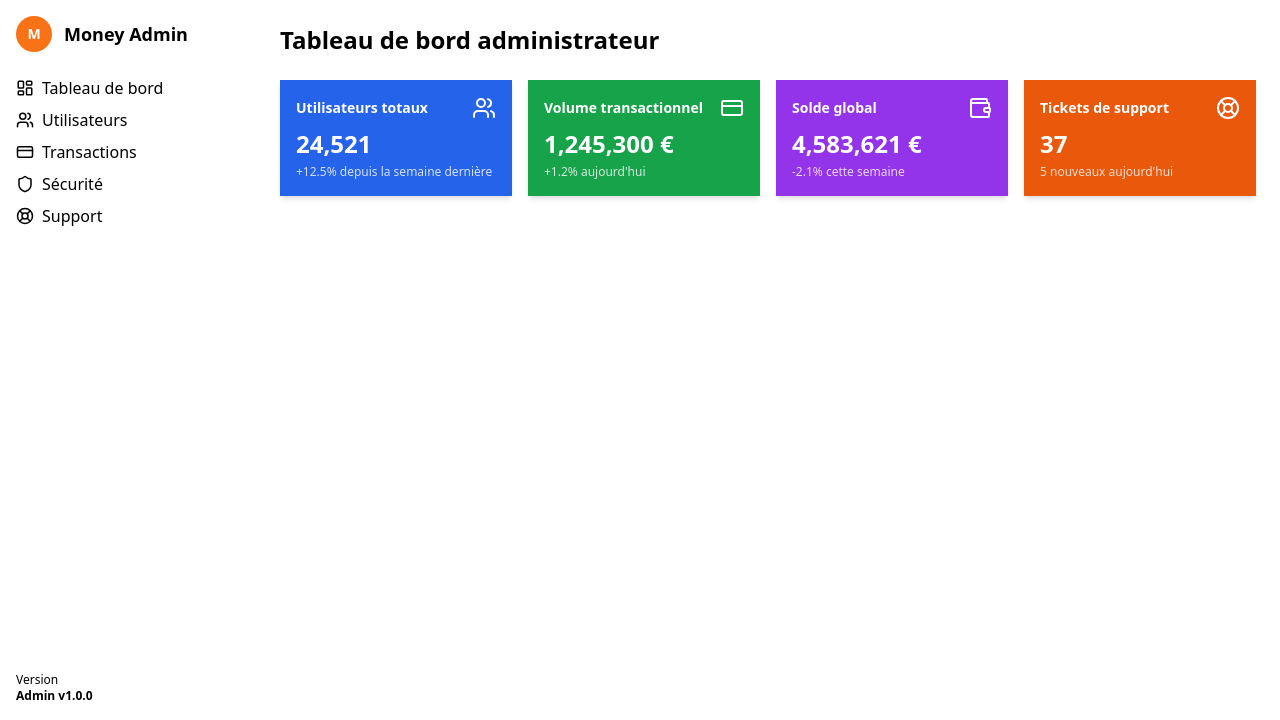
Repository: Edongo999/Dashboard
Page: /
The author's editor kept a copy of each file at every save. The page is drawn from the files as they stood at one save, then again after the next save.
The browser window is 1280 px wide. The pictures show the whole page.
The project was rebuilt for these pictures with package versions that can differ from the ones it lists, and the page was loaded fresh each time. Also part of the build but not shown: vite.config.ts.

Above is the page before, as saved 2025-10-13 13:16:52.

### index.html
<!doctype html>
<html lang="en">
  <head>
    <meta charset="UTF-8" />
    <link rel="icon" type="image/svg+xml" href="/vite.svg" />
    <meta name="viewport" content="width=device-width, initial-scale=1.0" />
    <title>mon_dashboard</title>
  </head>
  <body>
    <div id="root"></div>
    <script type="module" src="/src/main.tsx"></script>
  </body>
</html>

### src/App.tsx
import Sidebar from "./components/Sidebar"
import StatBlock from "./components/StatBlock"
import { Users, CreditCard, Wallet, LifeBuoy } from "lucide-react"

const App = () => {
  const kpis = [
    {
      title: "Utilisateurs totaux",
      value: "24,521",
      subtext: "+12.5% depuis la semaine dernière",
      icon: <Users />,
      color: "bg-blue-600"
    },
    {
      title: "Volume transactionnel",
      value: "1,245,300 €",
      subtext: "+1.2% aujourd'hui",
      icon: <CreditCard />,
      color: "bg-green-600"
    },
    {
      title: "Solde global",
      value: "4,583,621 €",
      subtext: "-2.1% cette semaine",
      icon: <Wallet />,
      color: "bg-purple-600"
    },
    {
      title: "Tickets de support",
      value: "37",
      subtext: "5 nouveaux aujourd'hui",
      icon: <LifeBuoy />,
      color: "bg-orange-600"
    }
  ]

  return (
    <div className="flex min-h-screen">
      <Sidebar />
      <main className="flex-1 overflow-auto p-6 bg-base-100">
        <h1 className="text-2xl font-bold mb-6">Tableau de bord administrateur</h1>

        {/* Cartes de statistiques */}
        <div className="grid grid-cols-1 md:grid-cols-2 lg:grid-cols-4 gap-4 mb-6">
          {kpis.map((kpi, i) => (
            <StatBlock key={i} {...kpi} />
          ))}
        </div>

        {/* Tu pourras ajouter ici les autres sections : graphique, liste, etc. */}
      </main>
    </div>
  )
}

export default App

### src/components/Sidebar.tsx
import {
  LayoutDashboard,
  Users,
  CreditCard,
  Shield,
  LifeBuoy
} from "lucide-react"

const Sidebar = () => {
  return (
    <aside
      className="w-64 h-screen bg-neutral text-neutral-content flex flex-col justify-between p-4"
      style={{ opacity: 1 }}
    >
      {/* Haut : logo + menu */}
      <div>
        <div className="flex items-center gap-3 mb-6">
          <div className="bg-orange-500 text-white rounded-full w-9 h-9 flex items-center justify-center font-bold text-sm shrink-0">
            M
          </div>
          <span className="text-lg font-semibold whitespace-nowrap">Money Admin</span>
        </div>

        <ul className="menu space-y-2">
          <li><a className="flex items-center gap-2"><LayoutDashboard size={18} />Tableau de bord</a></li>
          <li><a className="flex items-center gap-2"><Users size={18} />Utilisateurs</a></li>
          <li><a className="flex items-center gap-2"><CreditCard size={18} />Transactions</a></li>
          <li><a className="flex items-center gap-2"><Shield size={18} />Sécurité</a></li>
          <li><a className="flex items-center gap-2"><LifeBuoy size={18} />Support</a></li>
        </ul>
      </div>

      {/* Bas : version */}
      <div className="text-xs text-neutral-content/70 mt-6">
        Version<br />
        <span className="font-semibold">Admin v1.0.0</span>
      </div>
    </aside>
  )
}

export default Sidebar

### src/components/StatBlock.tsx
type StatBlockProps = {
  title: string
  value: string
  subtext: string
  icon?: React.ReactNode
  color?: string
}

const StatBlock = ({ title, value, subtext, icon, color = "bg-primary" }: StatBlockProps) => {
  return (
    <div className={`card ${color} text-white shadow-md p-4`}>
      <div className="flex justify-between items-center">
        <h3 className="text-sm font-semibold">{title}</h3>
        {icon && <div className="text-xl">{icon}</div>}
      </div>
      <p className="text-2xl font-bold mt-2">{value}</p>
      <p className="text-xs mt-1 text-white/80">{subtext}</p>
    </div>
  )
}

export default StatBlock

### tailwind.config.js
/** @type {import('tailwindcss').Config} */
module.exports = {
  content: ["./src/**/*.{js,jsx,ts,tsx}"],
  theme: { extend: {} },
  plugins: [require("daisyui")],
  daisyui: {
    themes: [
      {
        mytheme: {
          "primary": "#570df8",
          "secondary": "#f000b8",
          "accent": "#37cdbe",
          "neutral": "#3d4451",
          "base-100": "#F3F4F6", // <-- couleur de fond principale pour tout le dashboard
          "base-200": "#e5e7eb", // pour cartes ou sections légèrement plus foncées
          "base-300": "#d1d5db", // pour éléments encadrés
          "base-content": "#111827", // couleur du texte principal
          "info": "#3ABFF8",
          "success": "#36D399",
          "warning": "#FBBD23",
          "error": "#F87272",
        },
      },
    ],
  },
};

Loaded but not shown: src/main.tsx (common file); src/index.css (common file)

After the next save:
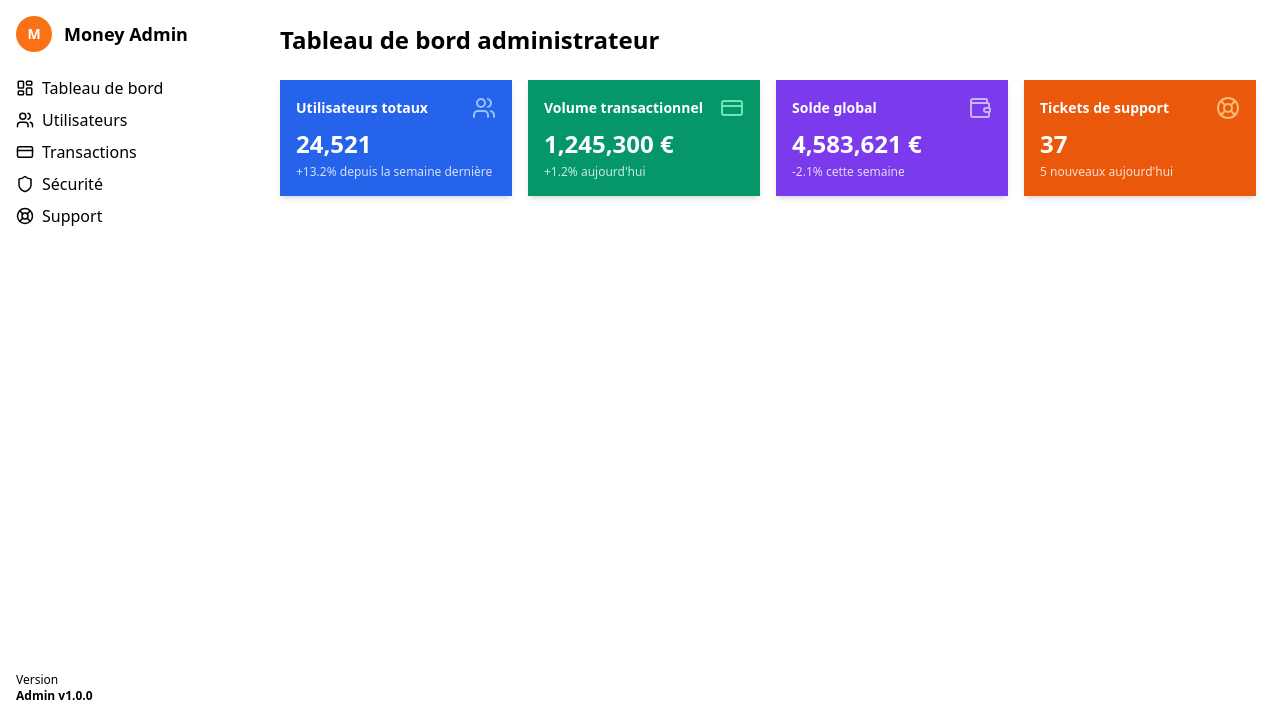
Saved 4 min 23 s later.
--- a/src/App.tsx
+++ b/src/App.tsx
@@ -7,30 +7,34 @@ const App = () => {
     {
       title: "Utilisateurs totaux",
       value: "24,521",
-      subtext: "+12.5% depuis la semaine dernière",
+      subtext: "+13.2% depuis la semaine dernière",
       icon: <Users />,
-      color: "bg-blue-600"
+      bgColor: "bg-[#2563EB]",       // Bleu foncé
+      iconColor: "text-[#93C5FD]"    // Bleu clair
     },
     {
       title: "Volume transactionnel",
       value: "1,245,300 €",
       subtext: "+1.2% aujourd'hui",
       icon: <CreditCard />,
-      color: "bg-green-600"
+      bgColor: "bg-[#059669]",       // Vert foncé
+      iconColor: "text-[#6EE7B7]"    // Vert clair
     },
     {
       title: "Solde global",
       value: "4,583,621 €",
       subtext: "-2.1% cette semaine",
       icon: <Wallet />,
-      color: "bg-purple-600"
+      bgColor: "bg-[#7C3AED]",       // Violet foncé
+      iconColor: "text-[#C4B5FD]"    // Violet clair
     },
     {
       title: "Tickets de support",
       value: "37",
       subtext: "5 nouveaux aujourd'hui",
       icon: <LifeBuoy />,
-      color: "bg-orange-600"
+      bgColor: "bg-[#EA580C]",       // Orange foncé
+      iconColor: "text-[#FDBA74]"    // Orange clair
     }
   ]
 
@@ -40,14 +44,12 @@ const App = () => {
       <main className="flex-1 overflow-auto p-6 bg-base-100">
         <h1 className="text-2xl font-bold mb-6">Tableau de bord administrateur</h1>
 
-        {/* Cartes de statistiques */}
+        {/* Cartes KPI */}
         <div className="grid grid-cols-1 md:grid-cols-2 lg:grid-cols-4 gap-4 mb-6">
           {kpis.map((kpi, i) => (
             <StatBlock key={i} {...kpi} />
           ))}
         </div>
-
-        {/* Tu pourras ajouter ici les autres sections : graphique, liste, etc. */}
       </main>
     </div>
   )
--- a/src/components/StatBlock.tsx
+++ b/src/components/StatBlock.tsx
@@ -2,16 +2,17 @@ type StatBlockProps = {
   title: string
   value: string
   subtext: string
-  icon?: React.ReactNode
-  color?: string
+  icon: React.ReactNode
+  bgColor: string
+  iconColor: string
 }
 
-const StatBlock = ({ title, value, subtext, icon, color = "bg-primary" }: StatBlockProps) => {
+const StatBlock = ({ title, value, subtext, icon, bgColor, iconColor }: StatBlockProps) => {
   return (
-    <div className={`card ${color} text-white shadow-md p-4`}>
+    <div className={`card ${bgColor} text-white shadow-md p-4`}>
       <div className="flex justify-between items-center">
         <h3 className="text-sm font-semibold">{title}</h3>
-        {icon && <div className="text-xl">{icon}</div>}
+        <div className={`text-xl ${iconColor}`}>{icon}</div>
       </div>
       <p className="text-2xl font-bold mt-2">{value}</p>
       <p className="text-xs mt-1 text-white/80">{subtext}</p>
